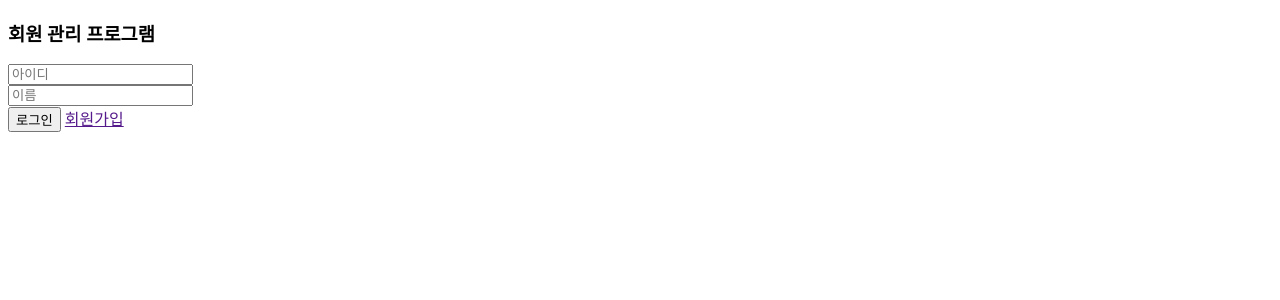
Repository: yangchunsick/JSPstudy
Page: http://localhost/ServerProgram/views/login.jsp
The author's editor kept a copy of each file at every save. The page is drawn from the files as they stood at one save, then again after the next save.
The browser window is 1280 px wide. The pictures show the whole page.
The page is served by Tomcat 9.

Above is the page before, as saved 2021-11-16 06:39:37.

After the next save:
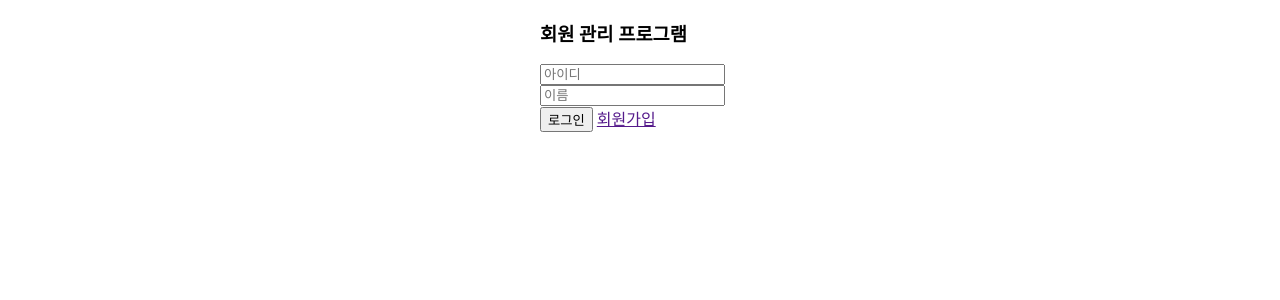
Saved 47 s later.
--- a/worksapce/ServerProgram/WebContent/views/login.jsp
+++ b/worksapce/ServerProgram/WebContent/views/login.jsp
@@ -7,6 +7,7 @@
 <title>Insert title here</title>
 <style>
 	.wrap{
+		width: 200px; height:200px;
 		margin: 0 auto;
 	}
 </style>
